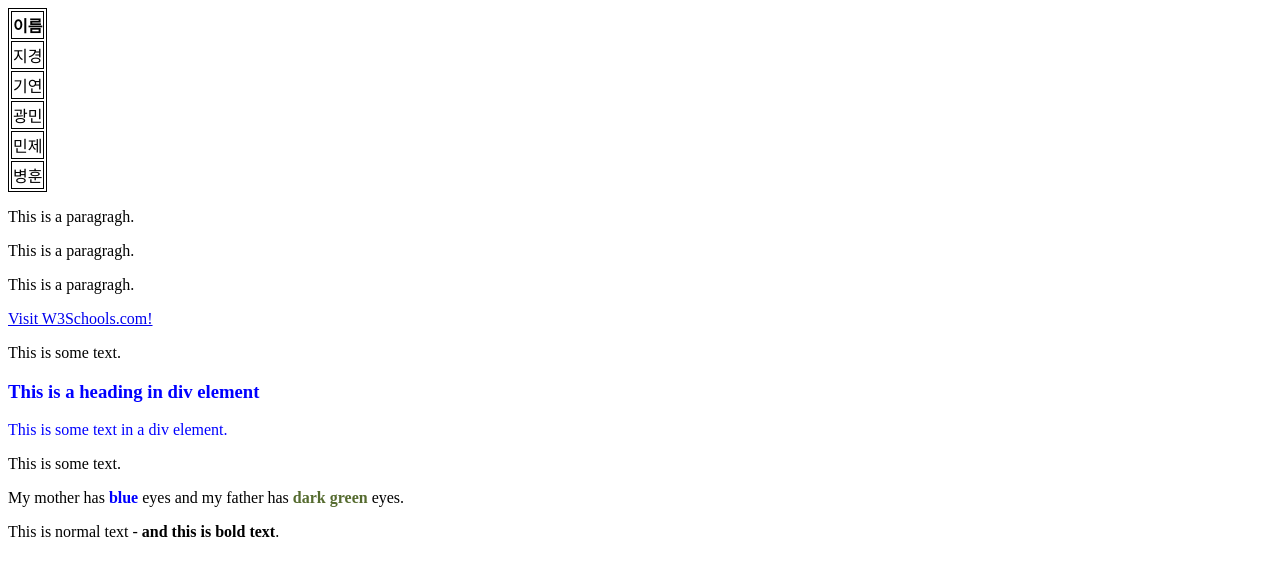
Repository: BaekJiGyeong/JSP
Page: http://localhost/AA_HelloJSP/exercise.jsp
An editor plug-in stored every save of this project. The page is shown before and after the next save, followed by the edit.
The browser window is 1280 px wide. The pictures show the whole page.
The page is served by Tomcat 9.

Above is the page before, as saved 2016-02-02 08:04:29.

After the next save:
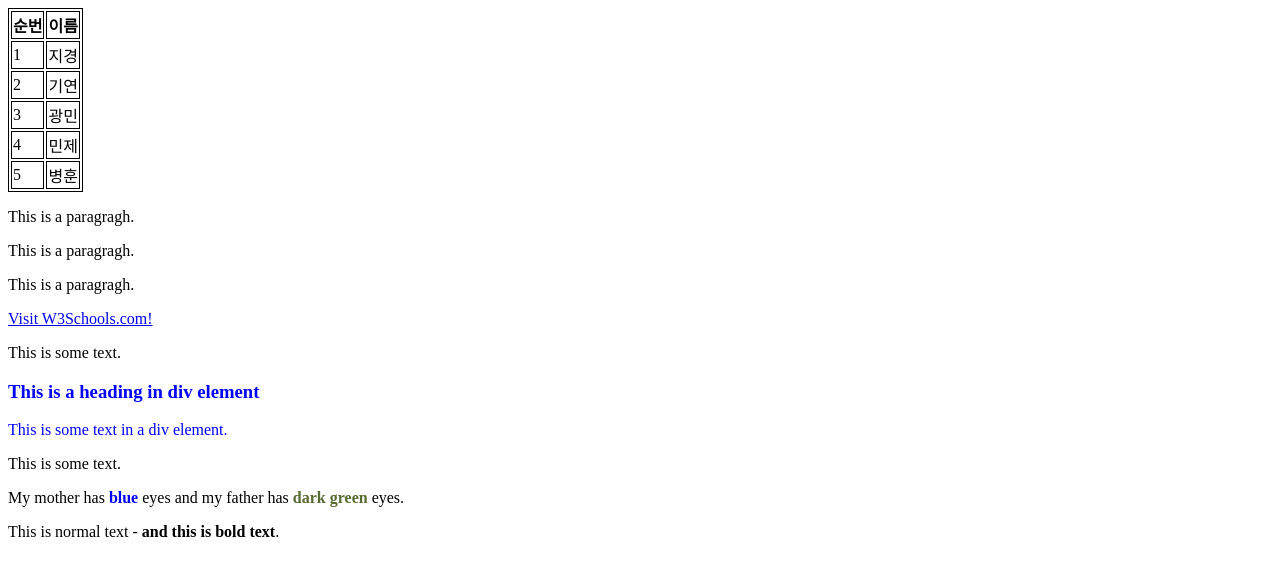
Saved 50 s later.
--- a/AA_HelloJSP/WebContent/exercise.jsp
+++ b/AA_HelloJSP/WebContent/exercise.jsp
@@ -19,11 +19,13 @@ table, th, td {
 
 <table>
 	<tr>
+		<th>순번</th>
 		<th>이름</th>
 	</tr>
 	<%
 	for ( int i=0; i<5; i++){ %>
 	<tr>
+		<td><%=i+1 %></td>
 		<td><%=names[i] %></td>
 	</tr>
 	<%}%>
